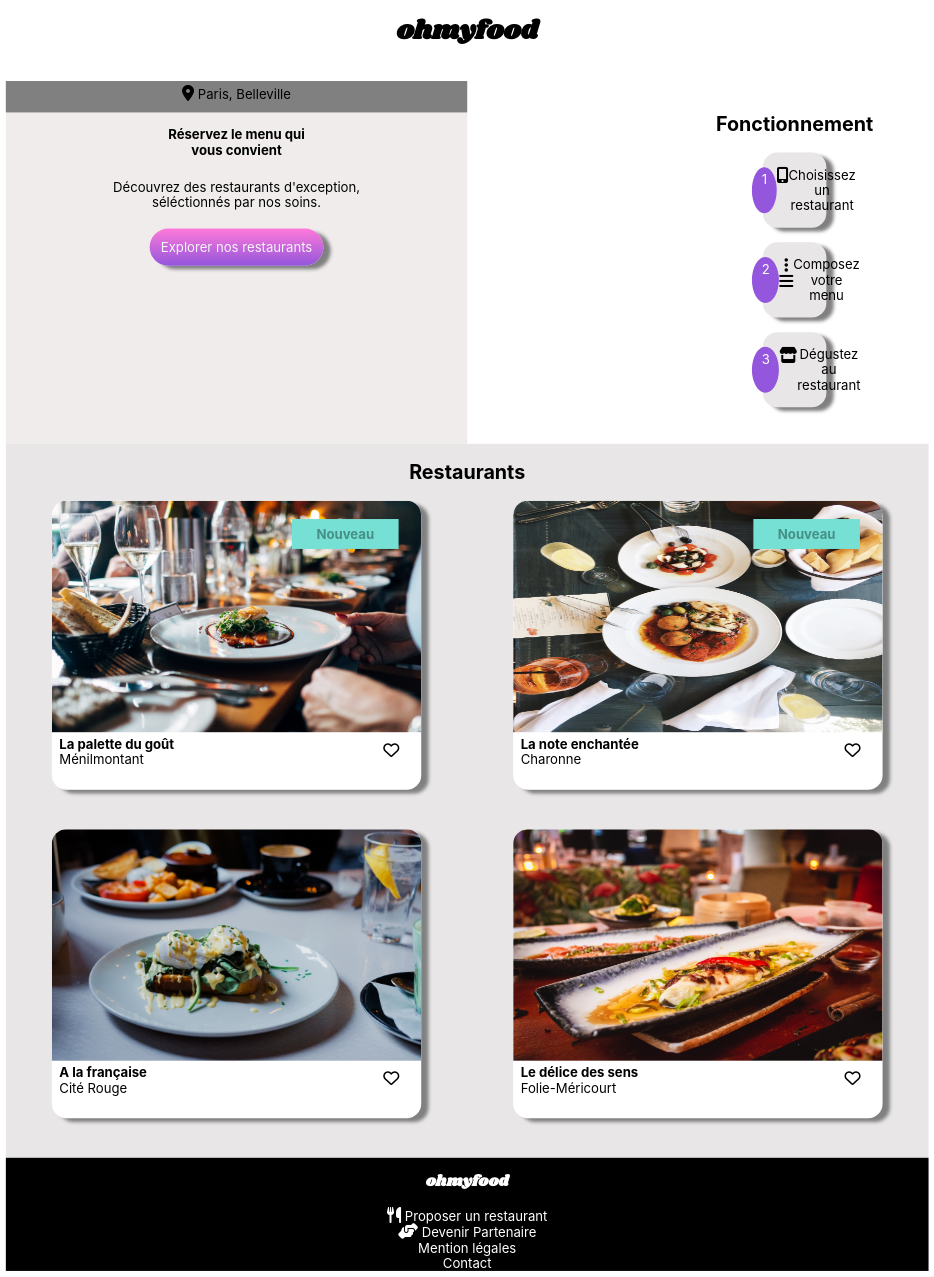
Repository: yacinebouk/ohmyfood
Page: index.html
The author's editor kept a copy of each file at every save. The page is drawn from the files as they stood at one save, then again after the next save.
The browser window is 1280 px wide. The pictures show the whole page, at 73% of full size.
Some web libraries are served in a nearby version. The style sheet was rebuilt from its Sass, Less or Tailwind sources for each picture, by a compiler version that may differ from the author's.

Above is the page before, as saved 2022-07-15 11:19:56.

After the next save:
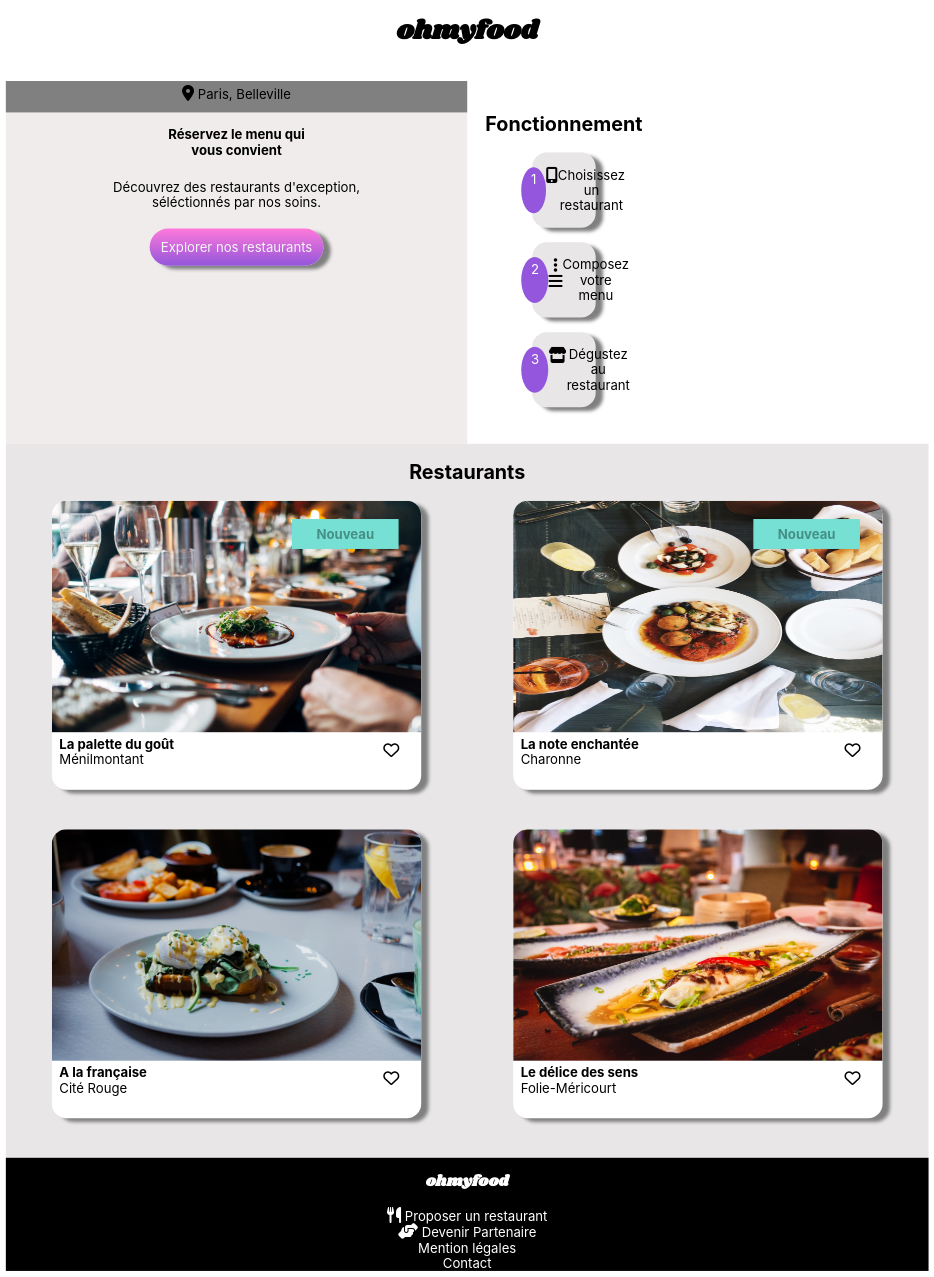
Saved 65 s later.
--- a/style/styles.scss
+++ b/style/styles.scss
@@ -51,7 +51,6 @@ header {
 }
 
 .search {
-    margin-right: 25%;
     background-color: rgb(240, 236, 236);
     padding-bottom: 20px;
     width: 50%;
